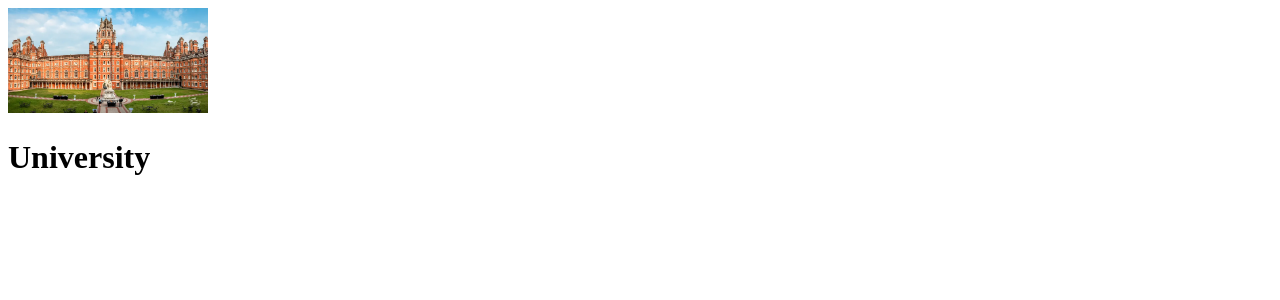
Repository: Haakim19/WebDevelopment
Page: Assignment/Index.html
An editor plug-in stored every save of this project. The page is shown before and after the next save, followed by the edit.
The browser window is 1280 px wide. The pictures show the whole page.

Above is the page before, as saved 2024-10-10 15:09:16.

### Assignment/Index.html
<!DOCTYPE html>
<html lang="en">
<head>
    <meta charset="UTF-8">
    <meta name="viewport" content="width=device-width, initial-scale=1.0">
    <title>Home</title>
</head>
<body>
    <img src="campus.webp" width="200px">
    <h1><font face="algerian">University</font></h1>
</body>
</html>

After the next save:
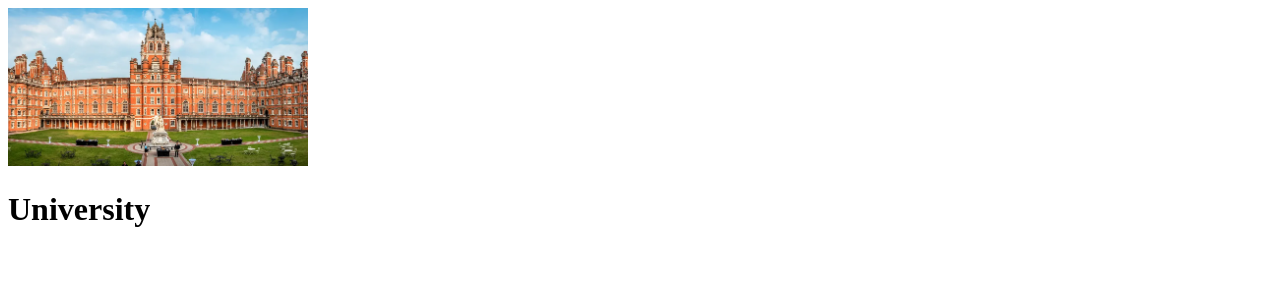
Saved 5 s later.
--- a/Assignment/Index.html
+++ b/Assignment/Index.html
@@ -6,7 +6,7 @@
     <title>Home</title>
 </head>
 <body>
-    <img src="campus.webp" width="200px">
+    <img src="campus.webp" width="300px">
     <h1><font face="algerian">University</font></h1>
 </body>
 </html>
